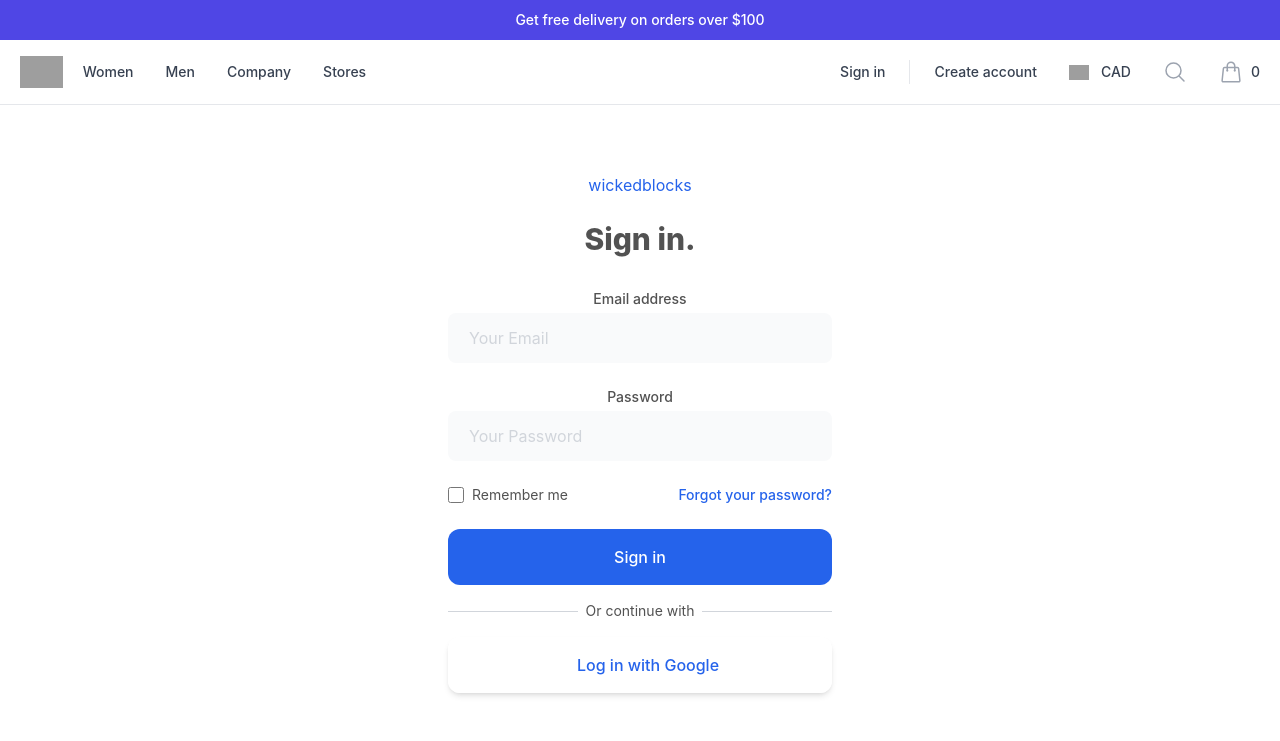
Repository: mehedi9465/Maiden_Wears
Page: /login
The author's editor kept a copy of each file at every save. The page is drawn from the files as they stood at one save, then again after the next save.
The browser window is 1280 px wide. The pictures show the whole page.
Pictures or frames that could not be fetched are drawn as grey boxes. The page's requests for data from a server got no answer. The project was rebuilt for these pictures with package versions that can differ from the ones it lists, and the page was loaded fresh each time. No one was signed in, and anything a server would have sent is missing. Also part of the build but not shown: src/Components/Home/Promo/Promo.js, src/Components/Home/NewArrivals/NewArrivals.js, src/Components/Home/Brands/Brands.js, src/Components/Home/Home/Home.js, src/Components/Authentication/Register/Register.js, src/Components/Products/Products.js.

Above is the page before, as saved 2022-12-29 19:48:59.

After the next save:
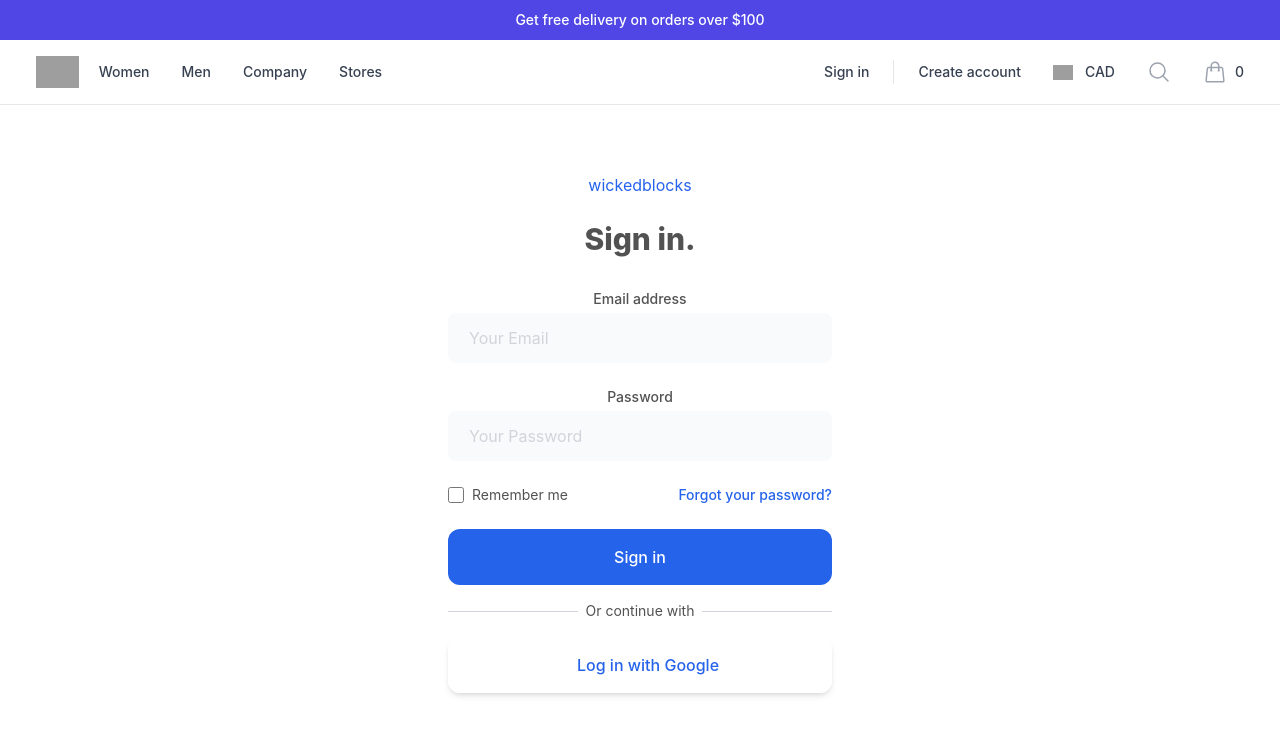
Saved 4 s later.
--- a/src/Components/Home/Navigation/Navigation.js
+++ b/src/Components/Home/Navigation/Navigation.js
@@ -116,7 +116,7 @@ const Navigation = () => {
           Get free delivery on orders over $100
         </p>
 
-        <nav aria-label="Top" className="mx-auto w-full px-4 sm:px-6 lg:px-5">
+        <nav aria-label="Top" className="mx-auto w-full px-4 sm:px-6 lg:px-9">
           <div className="">
             <div className="flex h-16 items-center">
               <button
